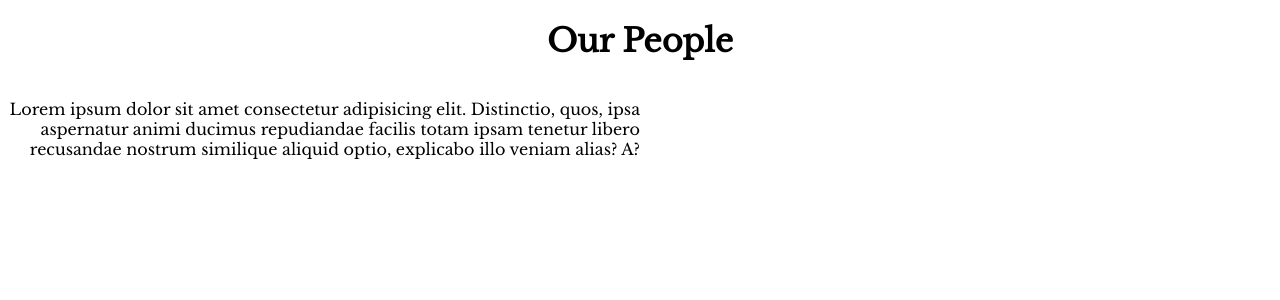
Repository: Tsardines/app
Page: / (app in my-app/)
These files come from the project's save history. The page is drawn as it stood at one moment and after the next save; the edit follows.
The browser window is 1280 px wide. The pictures show the whole page.
The page's requests for data from a server got no answer. The project was rebuilt for these pictures with package versions that can differ from the ones it lists, and the page was loaded fresh each time. No one was signed in, and anything a server would have sent is missing.

Above is the page before, as saved 2018-11-13 23:54:52.

After the next save:
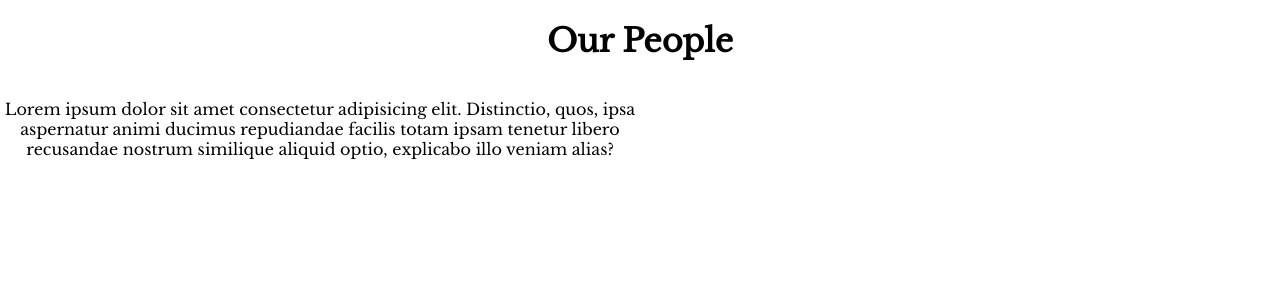
Saved 31 s later.
--- a/my-app/src/App.js
+++ b/my-app/src/App.js
@@ -31,7 +31,7 @@ class App extends Component {
       <div className="App">
 
       <h1>Our People</h1>
-      <p>Lorem ipsum dolor sit amet consectetur adipisicing elit. Distinctio, quos, ipsa aspernatur animi ducimus repudiandae facilis totam ipsam tenetur libero recusandae nostrum similique aliquid optio, explicabo illo veniam alias? A?</p>
+      <span className="intro"><p>Lorem ipsum dolor sit amet consectetur adipisicing elit. Distinctio, quos, ipsa aspernatur animi ducimus repudiandae facilis totam ipsam tenetur libero recusandae nostrum similique aliquid optio, explicabo illo veniam alias?</p></span>
 
 
         { items.map((item, num) => {
--- a/my-app/src/App.css
+++ b/my-app/src/App.css
@@ -4,8 +4,7 @@
   text-align: center;
 }
 
-.App p {
-  text-align: right;
+.intro {
   width: 50%;
 }
 
